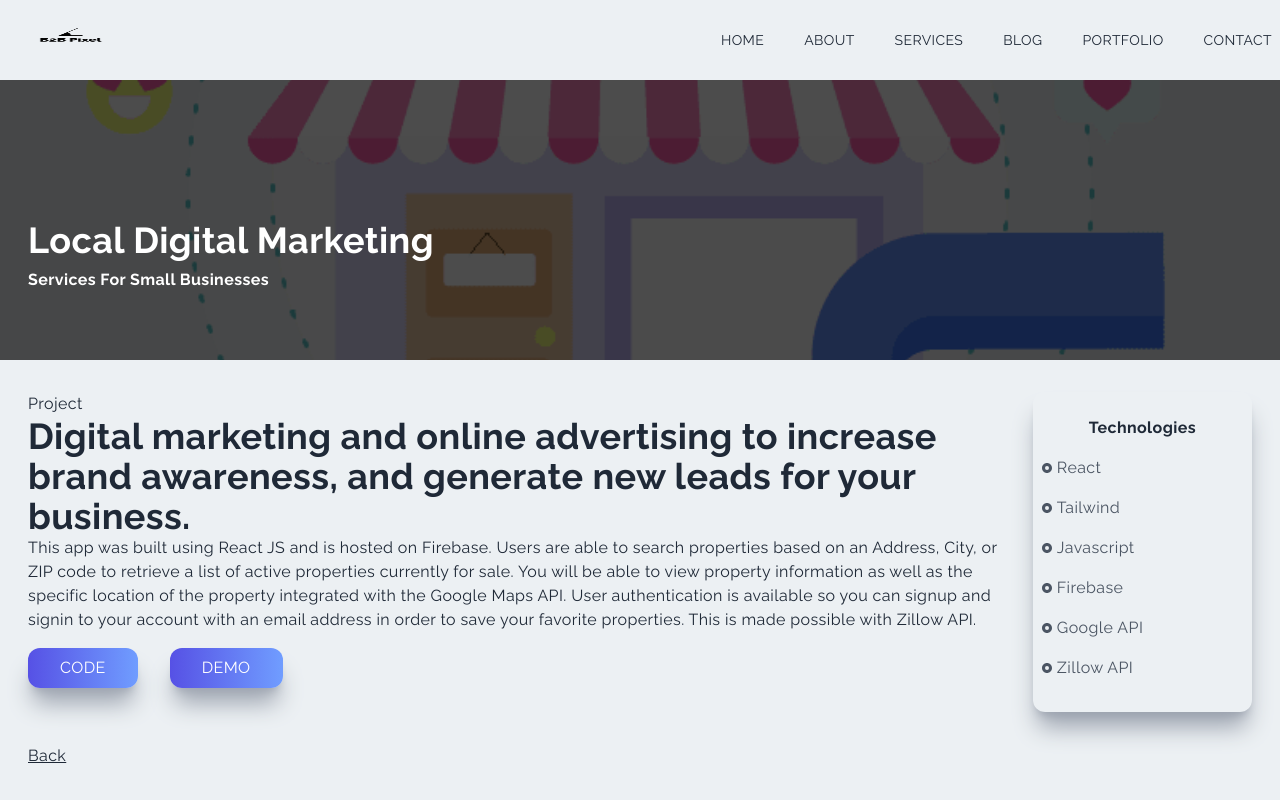
Repository: DID0101/nextjs.b2b
Page: /property
These files come from the project's save history. The page is drawn as it stood at one moment and after the next save; the edit follows.
The browser window is 1280 px wide. The pictures show the whole page.
The project was rebuilt for these pictures with package versions that can differ from the ones it lists, and the page was loaded fresh each time. The framework's server and built-in components were replaced by stand-ins that run in the browser. Also part of the build but not shown: next.config.js.

Above is the page before, as saved 2024-01-22 00:42:11.

After the next save:
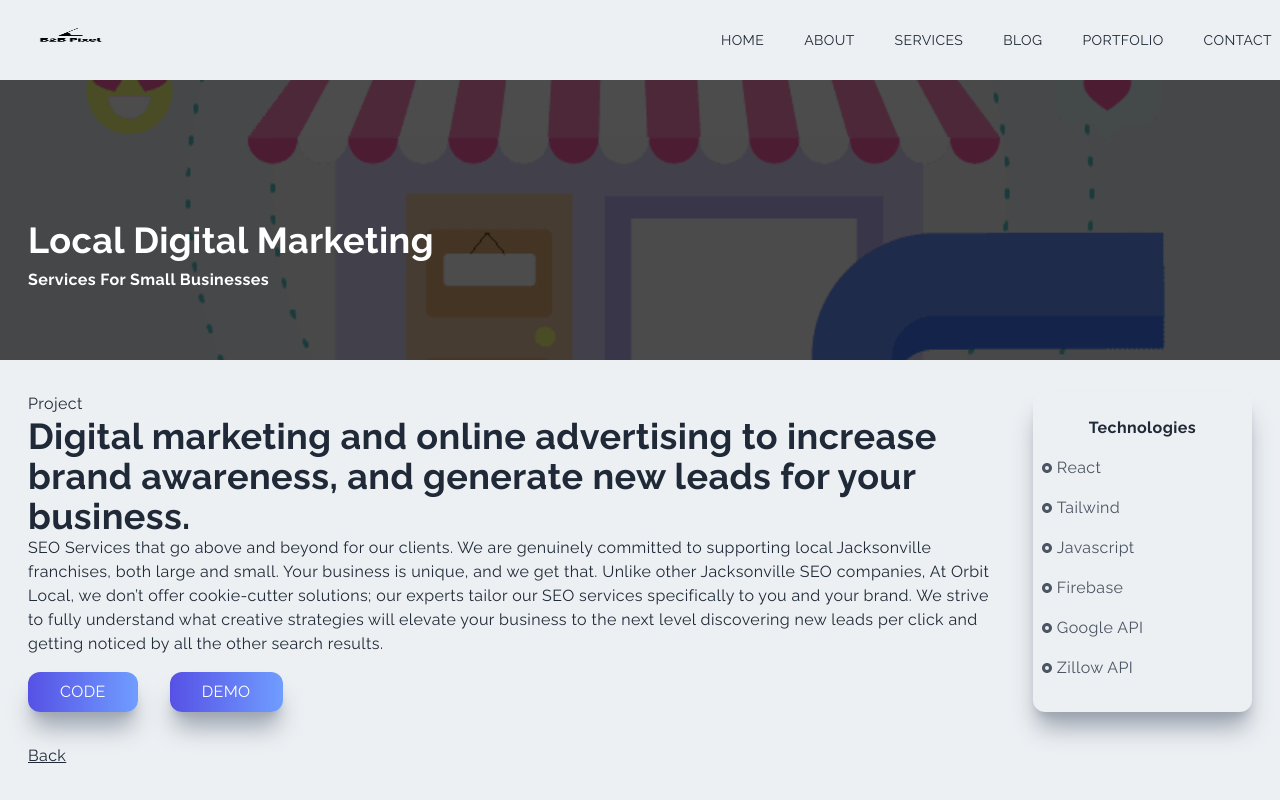
Saved 22 s later.
--- a/pages/property.jsx
+++ b/pages/property.jsx
@@ -27,14 +27,7 @@
           <p>Project</p>
           <h2>Digital marketing and online advertising to increase brand awareness, and generate new leads for your  business.</h2>
           <p>
-            This app was built using React JS and is hosted on Firebase. Users
-            are able to search properties based on an Address, City, or ZIP code
-            to retrieve a list of active properties currently for sale. You will
-            be able to view property information as well as the specific
-            location of the property integrated with the Google Maps API. User
-            authentication is available so you can signup and signin to your
-            account with an email address in order to save your favorite
-            properties. This is made possible with Zillow API.
+          SEO Services that go above and beyond for our clients. We are genuinely committed to supporting local Jacksonville franchises, both large and small. Your business is unique, and we get that. Unlike other Jacksonville SEO companies, At Orbit Local, we don’t offer cookie-cutter solutions; our experts tailor our SEO services specifically to you and your brand. We strive to fully understand what creative strategies will elevate your business to the next level discovering new leads per click and getting noticed by all the other search results.
           </p>
           <a
             href='https://github.com/fireclint/property-finder'
